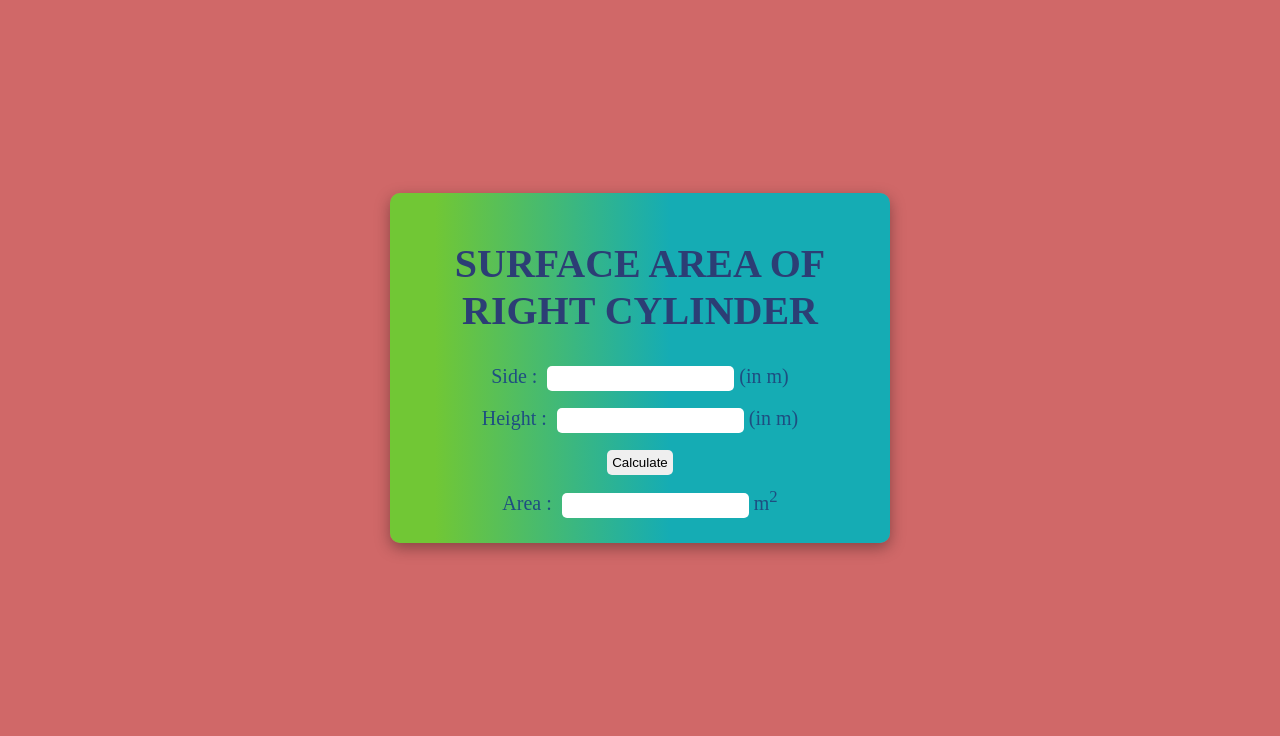
Repository: Oviya24032K6/MathServer
Page: oviya/mathapp/templates/mathapp/maths.html
These files come from the project's save history. The page is drawn as it stood at one moment and after the next save; the edit follows.
The browser window is 1280 px wide. The pictures show the whole page.
The template is drawn by Django 5.2. The application's start-up code is not run. The template is opened directly, without the code that normally fills it, so the values that code supplies are empty.

Above is the page before, as saved 2024-04-01 14:18:45.

After the next save:
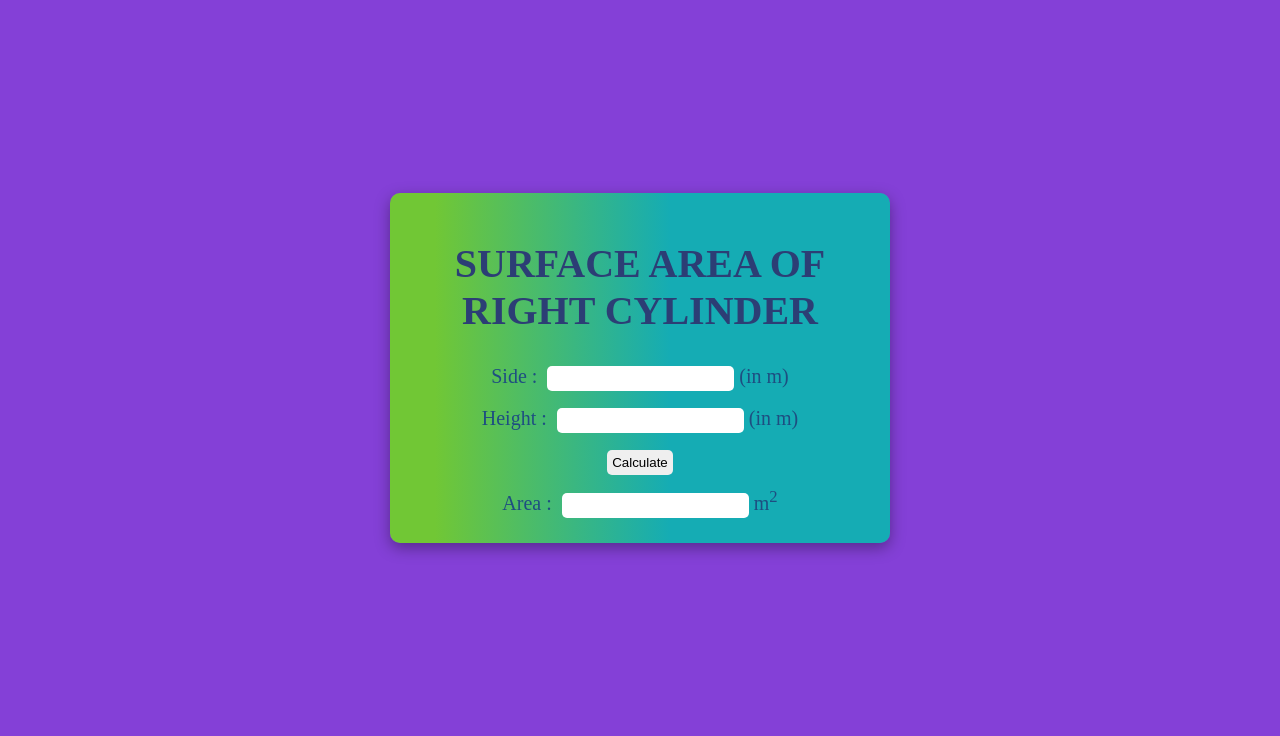
Saved 2 min 20 s later.
--- a/oviya/mathapp/templates/mathapp/maths.html
+++ b/oviya/mathapp/templates/mathapp/maths.html
@@ -6,7 +6,7 @@
         <meta name='viewport' content='width=device-width, initial-scale=1'>
         <style type="text/css">
             body {
-                background-color:rgb(208, 104, 104);
+                background-color:rgb(132, 64, 215);
             }
 
             .edge {
